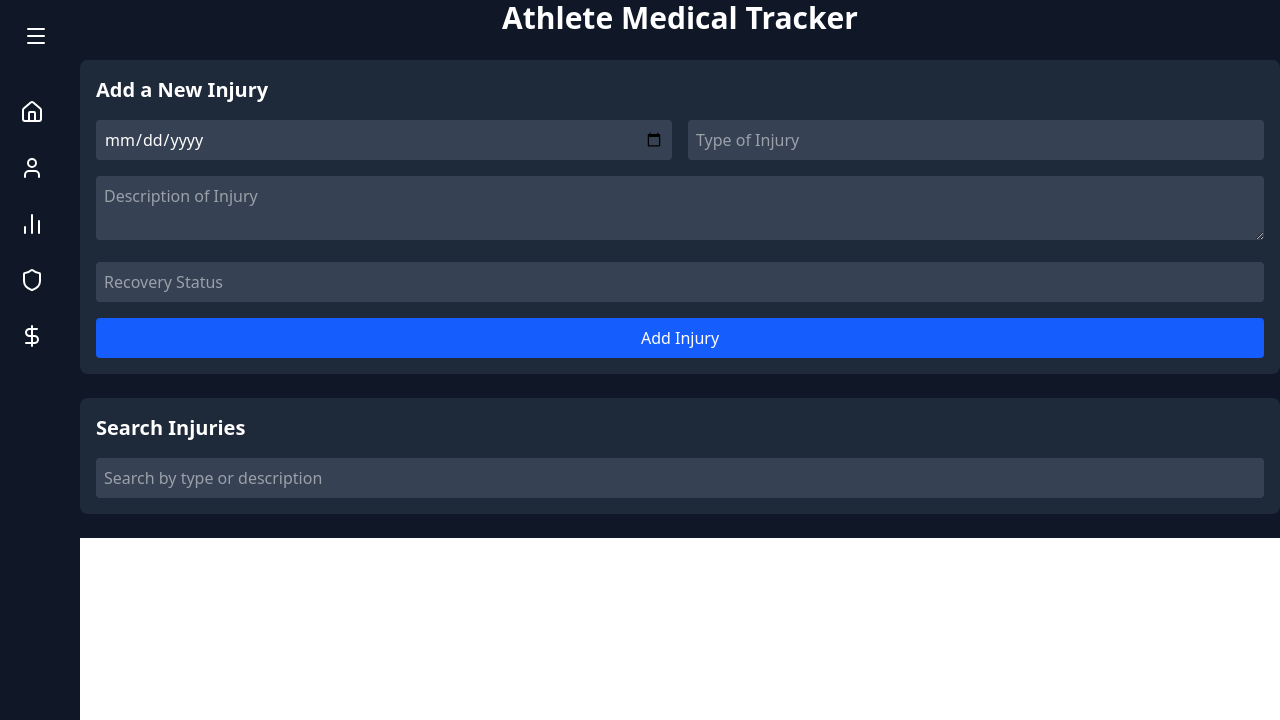
Repository: Shovon0004/Athlete
Page: /medical (app in Athlete/)
The author's editor kept a copy of each file at every save. The page is drawn from the files as they stood at one save, then again after a run of saves.
The browser window is 1280 px wide. The pictures show the whole page.
The project was rebuilt for these pictures with package versions that can differ from the ones it lists, and the page was loaded fresh each time. Also part of the build but not shown: Athlete/vite.config.js, Athlete/src/components/FinanceActions.jsx, Athlete/src/components/EditableFinanceDashboard.jsx, Athlete/src/components/News.jsx, Athlete/src/components/SportsPage.jsx, Athlete/src/components/HeroPage.jsx.

Above is the page before, as saved 2025-01-28 22:13:49.

### Athlete/index.html
<!doctype html>
<html lang="en">
  <head>
    <meta charset="UTF-8" />
    <link rel="icon" type="image/svg+xml" href="/12.png" />
    <meta name="viewport" content="width=device-width, initial-scale=1.0" />
    <title>Khiladi.co</title>
  </head>
  <body>
    <div id="root"></div>
    <script type="module" src="/src/main.jsx"></script>
  </body>
</html>

### Athlete/src/App.jsx
import React from 'react';
import { BrowserRouter as Router, Route, Routes } from 'react-router-dom';
import SideNavbar from './components/SideNavbar';
import EditableFinanceDashboard from './components/EditableFinanceDashboard';
import HeroPage from './components/HeroPage';
import Medical from './components/Medical';

const App = () => {
  return (
    <Router>
      <div className="flex">
        <SideNavbar />

        <div className="ml-20 flex-grow ">
          <Routes>
            <Route path="/" element={<HeroPage />} />
            <Route path="/financial" element={<EditableFinanceDashboard />} />
            <Route path="/medical" element={<Medical />} />

            {/* Add other routes as needed */}
          </Routes>
        </div>
      </div>
    </Router>
  );
};

export default App;

### Athlete/src/components/SideNavbar.jsx
import React, { useState } from 'react';
import {
  Home,
  User,
  BarChart2,
  Shield,
  DollarSign,
  Menu
} from 'lucide-react';

const SideNavbar = () => {
  const [isExpanded, setIsExpanded] = useState(false);

  const navItems = [
    { icon: Home, label: 'Dashboard', href: '/' },
    { icon: User, label: 'Athletes', href: '/athletes' },
    { icon: BarChart2, label: 'Performance', href: '/performance' },
    { icon: Shield, label: 'Injuries', href: '/Medical' },
    { icon: DollarSign, label: 'Financial', href: '/financial' }
  ];

  return (
    <div
      className={`h-screen bg-gray-900 text-white transition-all duration-300
        ${isExpanded ? 'w-64' : 'w-20'} fixed left-0 top-0 z-50`}
    >
      <div className="flex flex-col h-full">
        {/* Logo & Toggle */}
        <div className="flex items-center justify-between p-4  border-orange-700">
          {isExpanded && (
            <div className="text-xl font-bold">Khiladi</div>
          )}
          <button
            onClick={() => setIsExpanded(!isExpanded)}
            className="hover:bg-orange-700 p-2 rounded"
          >
            <Menu />
          </button>
        </div>

        {/* Navigation Items */}
        <nav className="flex-grow mt-4">
          <ul className="space-y-2">
            {navItems.map((item, index) => (
              <li key={index}>
                <a
                  href={item.href}
                  className={`flex items-center p-3 hover:bg-orange-700
                    ${isExpanded ? 'justify-start px-6' : 'justify-center'}`}
                >
                  <item.icon className="mr-4" />
                  {isExpanded && <span>{item.label}</span>}
                </a>
              </li>
            ))}
          </ul>
        </nav>
      </div>
    </div>
  );
};

export default SideNavbar;

### Athlete/src/components/Medical.jsx
import React, { useState } from "react";
import { motion } from "framer-motion";

const Medical = () => {
  const [injuries, setInjuries] = useState([]);
  const [newInjury, setNewInjury] = useState({
    date: "",
    type: "",
    description: "",
    recoveryStatus: "",
  });
  const [searchTerm, setSearchTerm] = useState("");
  const [filteredInjuries, setFilteredInjuries] = useState([]);

  const handleInputChange = (e) => {
    const { name, value } = e.target;
    setNewInjury({ ...newInjury, [name]: value });
  };

  const addInjury = () => {
    if (newInjury.date && newInjury.type) {
      const updatedInjuries = [...injuries, { ...newInjury, id: Date.now() }];
      setInjuries(updatedInjuries);
      setFilteredInjuries(updatedInjuries);
      setNewInjury({ date: "", type: "", description: "", recoveryStatus: "" });
    }
  };

  const handleSearch = (e) => {
    const term = e.target.value;
    setSearchTerm(term);
    if (term) {
      setFilteredInjuries(
        injuries.filter(
          (injury) =>
            injury.type.toLowerCase().includes(term.toLowerCase()) ||
            injury.description.toLowerCase().includes(term.toLowerCase())
        )
      );
    } else {
      setFilteredInjuries(injuries);
    }
  };

  const deleteInjury = (id) => {
    const updatedInjuries = injuries.filter((injury) => injury.id !== id);
    setInjuries(updatedInjuries);
    setFilteredInjuries(updatedInjuries);
  };

  return (
    <div className=" max-w-full h-full  bg-gray-900 text-white">
      <motion.h1
        className="text-3xl font-bold mb-6 text-center"
        initial={{ opacity: 0, y: -50 }}
        animate={{ opacity: 1, y: 0 }}
      >
        Athlete Medical Tracker
      </motion.h1>

      <div className="mb-6 p-4 rounded-lg bg-gray-800">
        <h2 className="text-xl font-semibold mb-4">Add a New Injury</h2>
        <div className="grid grid-cols-1 gap-4 sm:grid-cols-2">
          <input
            type="date"
            name="date"
            value={newInjury.date}
            onChange={handleInputChange}
            className="p-2 rounded bg-gray-700 text-white"
            placeholder="Date of Injury"
          />
          <input
            type="text"
            name="type"
            value={newInjury.type}
            onChange={handleInputChange}
            className="p-2 rounded bg-gray-700 text-white"
            placeholder="Type of Injury"
          />
        </div>
        <textarea
          name="description"
          value={newInjury.description}
          onChange={handleInputChange}
          className="mt-4 p-2 w-full rounded bg-gray-700 text-white"
          placeholder="Description of Injury"
        ></textarea>
        <input
          type="text"
          name="recoveryStatus"
          value={newInjury.recoveryStatus}
          onChange={handleInputChange}
          className="mt-4 p-2 w-full rounded bg-gray-700 text-white"
          placeholder="Recovery Status"
        />
        <button
          onClick={addInjury}
          className="mt-4 w-full p-2 bg-blue-600 hover:bg-blue-700 rounded text-white"
        >
          Add Injury
        </button>
      </div>

      <div className="mb-6 p-4 rounded-lg bg-gray-800">
        <h2 className="text-xl font-semibold mb-4">Search Injuries</h2>
        <input
          type="text"
          value={searchTerm}
          onChange={handleSearch}
          className="p-2 w-full rounded bg-gray-700 text-white"
          placeholder="Search by type or description"
        />
      </div>

      <div className="space-y-4">
        {filteredInjuries.map((injury) => (
          <div key={injury.id} className="p-4 rounded-lg bg-gray-800">
            <h3 className="text-lg font-bold">{injury.type}</h3>
            <p className="text-sm text-gray-400">Date: {injury.date}</p>
            <p className="mt-2">{injury.description}</p>
            <p className="mt-2 text-sm font-medium text-green-400">
              Recovery Status: {injury.recoveryStatus || "Not updated"}
            </p>
            <button
              onClick={() => deleteInjury(injury.id)}
              className="mt-4 p-2 bg-red-600 hover:bg-red-700 rounded text-white"
            >
              Delete
            </button>
          </div>
        ))}
      </div>
    </div>
  );
};

export default Medical;

Loaded but not shown: Athlete/src/main.jsx (common file); Athlete/src/index.css (common file)

After the next 2 saves:
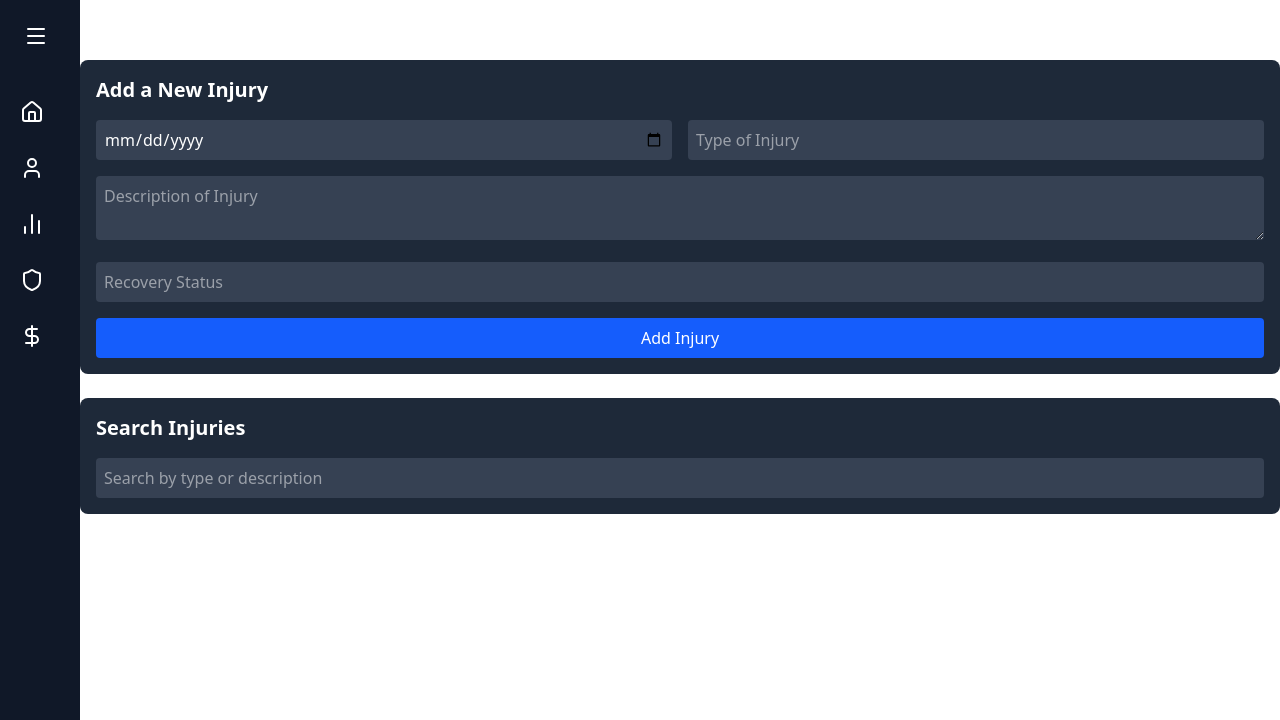
The 2 saves are shown as one change because they came seconds apart.
The last was saved 11 s later.
--- a/Athlete/src/components/Medical.jsx
+++ b/Athlete/src/components/Medical.jsx
@@ -49,7 +49,7 @@
   };
 
   return (
-    <div className=" max-w-full h-full  bg-gray-900 text-white">
+    <div className=" max-w-full h-0  bg-gray-900 text-white">
       <motion.h1
         className="text-3xl font-bold mb-6 text-center"
         initial={{ opacity: 0, y: -50 }}
